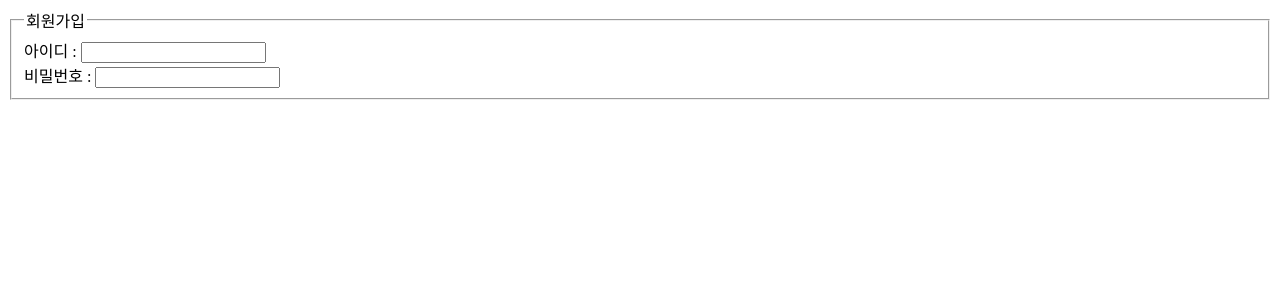
Repository: bbookk1104/spring-workspace
Page: http://localhost/02_SpringMVC_CRUD/joinFrm.do
The author's editor kept a copy of each file at every save. The page is drawn from the files as they stood at one save, then again after the next save.
The browser window is 1280 px wide. The pictures show the whole page.
The page is served by Tomcat 9. Other server files are loaded and not shown.

Above is the page before, as saved 2022-09-30 02:45:31.

### 02_SpringMVC_CRUD/src/main/webapp/WEB-INF/views/member/joinFrm.jsp
<%@ page language="java" contentType="text/html; charset=UTF-8"
    pageEncoding="UTF-8"%>
<!DOCTYPE html>
<html>
<head>
<meta charset="UTF-8">
<title>JOIN</title>
</head>
<body>
	<form action="/join.do" method="post">
		<fieldset>
			<legend>회원가입</legend>
			아이디 : <input type="text" name="memberId"><br>
			비밀번호 : <input type="password" name="memberPw">
		</fieldset>
	</form>
</body>
</html>

After the next save:
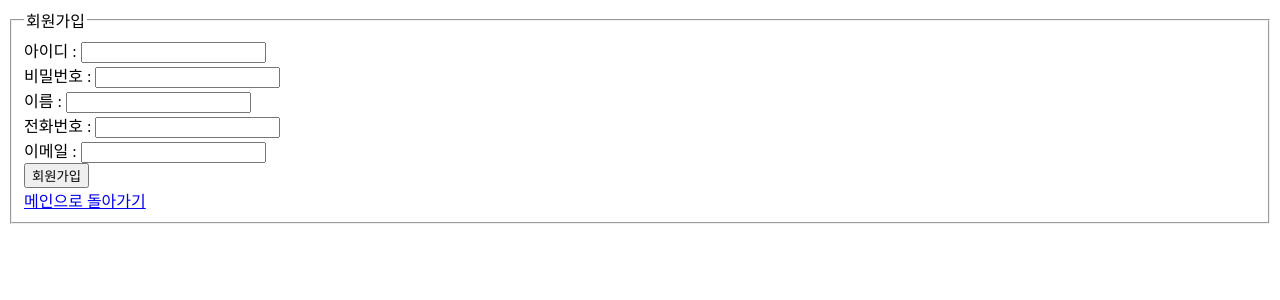
Saved 70 s later.
--- a/02_SpringMVC_CRUD/src/main/webapp/WEB-INF/views/member/joinFrm.jsp
+++ b/02_SpringMVC_CRUD/src/main/webapp/WEB-INF/views/member/joinFrm.jsp
@@ -11,7 +11,12 @@
 		<fieldset>
 			<legend>회원가입</legend>
 			아이디 : <input type="text" name="memberId"><br>
-			비밀번호 : <input type="password" name="memberPw">
+			비밀번호 : <input type="password" name="memberPw"><br>
+			이름 : <input type="text" name="memberName"><br>
+			전화번호 : <input type="text" name="phone"><br>
+			이메일 : <input type="text" name="email"><br>
+			<input type="submit" value="회원가입"><br>
+			<a href="/">메인으로 돌아가기</a>
 		</fieldset>
 	</form>
 </body>
